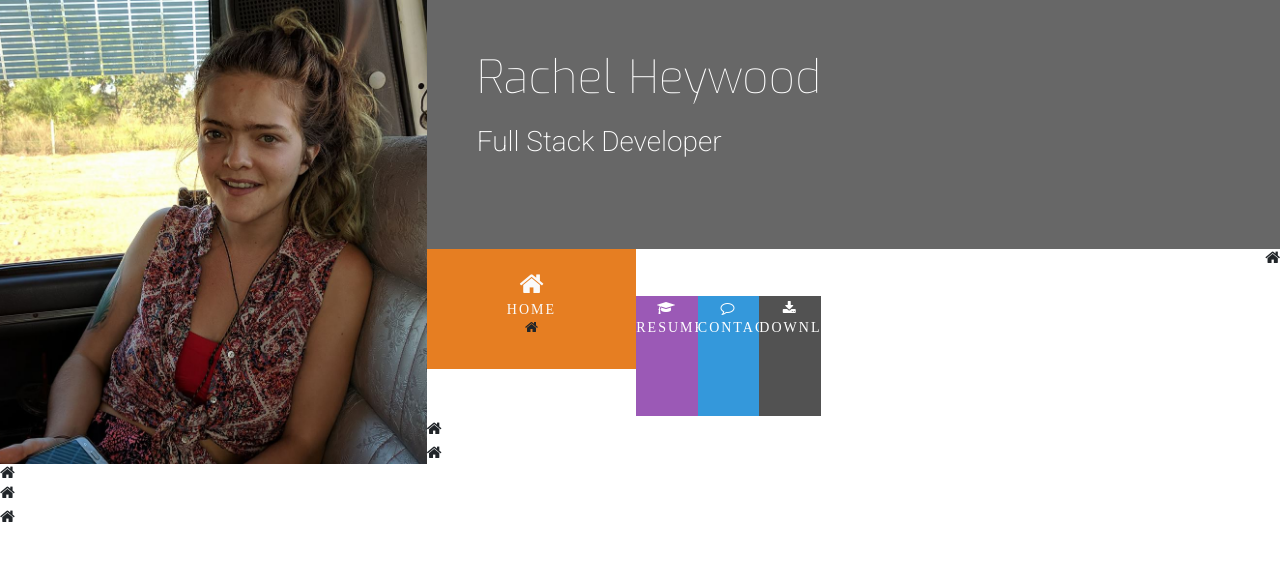
Repository: Heywood93/resume
Page: index.html
The author's editor kept a record of every edit. The page is drawn from the files as they stood at one moment, then again after the next edit.
The browser window is 1280 px wide. The pictures show the whole page.

Above is the page before.

After the next edit:
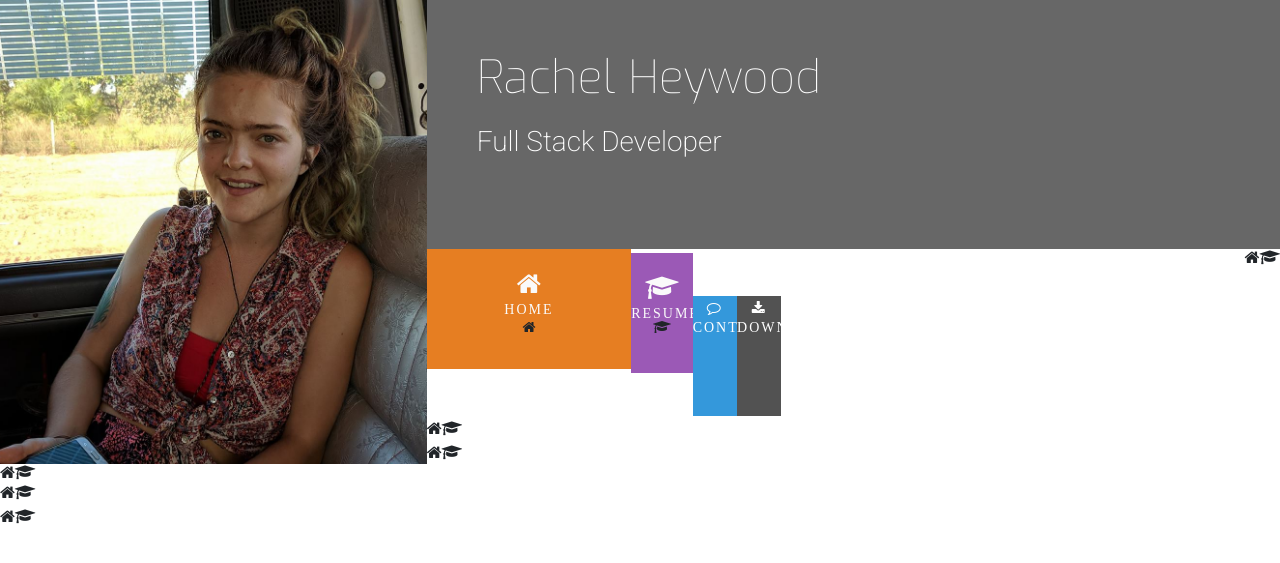
The edit:
--- a/index.html
+++ b/index.html
@@ -29,7 +29,7 @@
                                 <a href="#"><i class="fa fa-home" aria-hidden="true"></span><span>Home</span></a>
                             </li>
                             <li class="col-6 col-sm-3 ui-menu-color-resume list-inline-item menuitem">
-                                <a href="#"><span class="fa fa-graduation-cap" aria-hidden="true"></span><span>Resume</span></a>
+                                <a href="#"><i class="fa fa-graduation-cap" aria-hidden="true"></span><span>Resume</span></a>
                             </li>
                             <li class="col-6 col-sm-3 ui-menu-color-contact list-inline-item menuitem">
                                 <a href="#"><span class="fa fa-comment-o" aria-hidden="true"></span><span>Contact</span></a>
